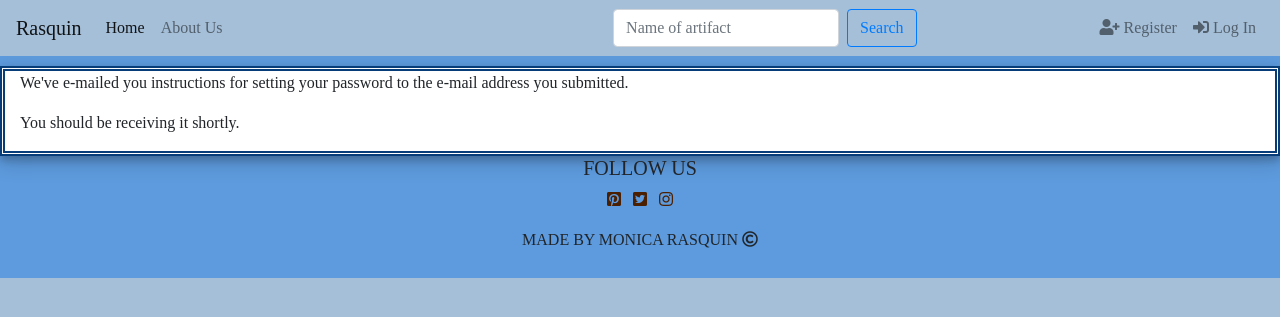
Repository: Rasquin/auction
Page: templates/registration/password_reset_done.html
The author's editor kept a record of every edit. The page is drawn from the files as they stood at one moment, then again after the next edit.
The browser window is 1280 px wide. The pictures show the whole page.
Some web fonts or font styles are not loaded; a fallback is used. The template is drawn by Django 2.2. The application's start-up code is not run. Other server files are loaded and not shown. The template is opened directly, without the code that normally fills it, so the values that code supplies are empty.

Above is the page before.

### templates/registration/password_reset_done.html
{% extends "base.html" %}

{% block title %}Password reset successful{% endblock %}

{% block content %}
<div class="container-fluid panel-body">
<p>We've e-mailed you instructions for setting your password to the e-mail address you submitted.</p>
<p>You should be receiving it shortly.</p>
{% endblock %}

### templates/base.html
<!DOCTYPE html>

{% load staticfiles %}


<html lang="en">

<head>
    <meta charset="UTF-8">
    <meta name="viewport" content="width=device-width, initial-scale=1.0">
    <meta http-equiv="X-UA-Compatible" content="ie=edge">

    <!-- favicon icon-->
	<link rel="shortcut icon" href="{% static 'icon/lizzy.ico' %}" />

    <!-- Bootstrap compiled and minified CSS -->
    <link rel="stylesheet" href="https://stackpath.bootstrapcdn.com/bootstrap/4.3.1/css/bootstrap.min.css" integrity="sha384-ggOyR0iXCbMQv3Xipma34MD+dH/1fQ784/j6cY/iJTQUOhcWr7x9JvoRxT2MZw1T" crossorigin="anonymous">

    <!-- Font Awesome compiled and minified CSS -->
    <link rel="stylesheet" href="{% static 'font-awesome/css/all.css' %}">

    <!-- Google Fonts-->
    <link href="https://fonts.googleapis.com/css?family=Germania+One&display=swap" rel="stylesheet">

    <!-- Own CSS -->
    <link rel="stylesheet" href="{% static 'css/mystyle.css' %}" type="text/css" />


    <!-- Own Scripts -->
    <script type="text/javascript" src="{% static 'js/myscript.js' %}"></script>

    <title>{% block page_title %}{% endblock %}</title>

</head>


<body>
    <!-- NavBar area -->
    <nav class="navbar navbar-expand-lg navbar-light bg-light">
        <!-- NavBar Brand-->
        <a class="navbar-brand" href="#">Rasquin</a>
        <button class="navbar-toggler" type="button" data-toggle="collapse" data-target="#navbarSupportedContent" aria-controls="navbarSupportedContent" aria-expanded="false" aria-label="Toggle navigation">
            <span class="navbar-toggler-icon"></span>
        </button>

        <div class="collapse navbar-collapse" id="navbarSupportedContent">
            <!-- NavBar Home & ABout-->
            <ul class="navbar-nav mr-auto">
                <li class="nav-item active">
                    <a class="nav-link" href="{% url 'index' %}">Home <span class="sr-only">(current)</span></a>
                </li>
                <li class="nav-item">
                    <a class="nav-link" href="{% url 'about' %}">About Us</a>
                </li>

            </ul>
            <!-- NavBar Search -->
            <form action="{% url 'search_by_name' %}" method="get" class="form-inline my-2 my-lg-0 margin-search-form">
                {% csrf_token %}
                <input class="form-control mr-sm-2" id="artifact_name" name="artifact_name" required placeholder="Name of artifact" aria-label="Search">
                <button class="btn btn-outline-primary my-2 my-sm-0" type="search">Search</button>
            </form>
            <!-- NavBar User status-->
            <ul class="navbar-nav navbar-right">
                    {% if user.is_authenticated %}
                        <li class="nav-item">
                            <a class="nav-link" href="{% url 'profile' %}"><i class="fa fa-user"></i> Profile</a>
                        </li>
                        <li class="nav-item">
                            <a class="nav-link" href="{% url 'logout' %}"><i class="fa fa-sign-out-alt"></i> Log Out</a>
                        </li>
                        <li class="nav-item">
                            <a class="nav-link" href="{% url 'view_my_biddings' %}"><i class="fas fa-gavel"></i>My Biddings </a>
                        </li>
                    {%  else %}
                        <li class="nav-item">
                            <a class="nav-link" href="{% url 'register' %}"><i class="fa fa-user-plus"></i> Register</a>
                        </li>
                        <li class="nav-item">
                            <a class="nav-link" href="{% url 'login' %}"><i class="fa fa-sign-in-alt"></i> Log In</a>
                        </li>
                    {% endif %}
                </ul>
        </div>
    </nav>

    <!-- Filter area -->
    {% block filter %}{% endblock %}

    <!-- Messages area -->
    {% if messages %}
    <div class="alert alert-success">
            <div class="messages">
                {% for message in messages %}
                    {{ message }}
                {% endfor %}
            </div>
        </div>
    {% endif %}

    <!-- Content area -->
    <div class="container-general">

        <!-- Block content area -->
        {% block content %} {% endblock %}

    </div>

    <!-- Footer area -->
    <footer class="container-fluid">


        <!-- SOCIAL MEDIA-->
        <div class="row ">
            <div class="col-12 text-center">
                <h5 class="text-uppercase">Follow Us</h5>
                <ul class="list-inline social-links">
                    <li class="list-inline-item"><a href="#"><i class="fab fa-pinterest-square"  aria-hidden="true"></i></a></li>
                    <li class="list-inline-item"><a href="#"><i class="fab fa-twitter-square" aria-hidden="true"></i></a></li>
                    <li class="list-inline-item"><a href="#"><i class="fab fa-instagram" aria-hidden="true"></i></a></li>
                </ul>
            </div>
        </div>

        <!--COPYRIGHT-->
        <div class="row ">
            <div class="col-12">

                <p class="text-center text-uppercase">Made by Monica Rasquin <i class="far fa-copyright"></i> </p>
            </div>
        </div>
    </footer>


    <!-- Bootstrap compiled and minified JavaScript -->
    <script src="https://code.jquery.com/jquery-3.3.1.slim.min.js" integrity="sha384-q8i/X+965DzO0rT7abK41JStQIAqVgRVzpbzo5smXKp4YfRvH+8abtTE1Pi6jizo" crossorigin="anonymous"></script>
    <script src="https://cdnjs.cloudflare.com/ajax/libs/popper.js/1.14.7/umd/popper.min.js" integrity="sha384-UO2eT0CpHqdSJQ6hJty5KVphtPhzWj9WO1clHTMGa3JDZwrnQq4sF86dIHNDz0W1" crossorigin="anonymous"></script>
    <script src="https://stackpath.bootstrapcdn.com/bootstrap/4.3.1/js/bootstrap.min.js" integrity="sha384-JjSmVgyd0p3pXB1rRibZUAYoIIy6OrQ6VrjIEaFf/nJGzIxFDsf4x0xIM+B07jRM" crossorigin="anonymous"></script>
    {% block head_js %} {% endblock %}

</body>
</html>

### static/js/myscript.js
//--------------------------------------Slider for Prices filter
function getPriceVals() {
    // Get slider price values
    var parent = this.parentNode;
    var slides = parent.getElementsByTagName("input");
    var slide1 = parseFloat(slides[0].value);
    var slide2 = parseFloat(slides[1].value);
    // Neither slider will clip the other, so make sure we determine which is larger
    if (slide1 > slide2) { var tmp = slide2;
        slide2 = slide1;
        slide1 = tmp; }

    var displayElement = parent.getElementsByClassName("rangePriceValues")[0];
    displayElement.innerHTML = "€ " + slide1 + " - €" + slide2;
}

//--------------------------------------Slider for Year filter
function getYearVals() {
    // Get Year slider values
    var parent = this.parentNode;
    var slides = parent.getElementsByTagName("input");
    var slide1 = parseFloat(slides[0].value);
    var slide2 = parseFloat(slides[1].value);
    // Neither slider will clip the other, so make sure we determine which is larger
    if (slide1 > slide2) { var tmp = slide2;
        slide2 = slide1;
        slide1 = tmp; }

    var displayElement = parent.getElementsByClassName("rangeYearValues")[0];
    displayElement.innerHTML = "From " + slide1 + " To " + slide2;
}

//----------------------------------------------- Initialize Sliders
window.onload = function() {
    // For Price
    var sliderSectionsPrice = document.getElementsByClassName("range-slider-price");
    for (var x = 0; x < sliderSectionsPrice.length; x++) {
        var slidersPrice = sliderSectionsPrice[x].getElementsByTagName("input");
        for (var y = 0; y < slidersPrice.length; y++) {
            if (slidersPrice[y].type === "range") {
                slidersPrice[y].oninput = getPriceVals;
                // Manually trigger event first time to display values
                slidersPrice[y].oninput();
            }
        }
    }
    // For Year
    var sliderSectionsYear = document.getElementsByClassName("range-slider-year");
    for (var x = 0; x < sliderSectionsYear.length; x++) {
        var slidersYear = sliderSectionsYear[x].getElementsByTagName("input");
        for (var y = 0; y < slidersYear.length; y++) {
            if (slidersYear[y].type === "range") {
                slidersYear[y].oninput = getYearVals;
                // Manually trigger event first time to display values
                slidersYear[y].oninput();
            }
        }
    }
}

Loaded but not shown: static/font-awesome/css/all.css (library); static/css/mystyle.css (common file)

After the next edit:
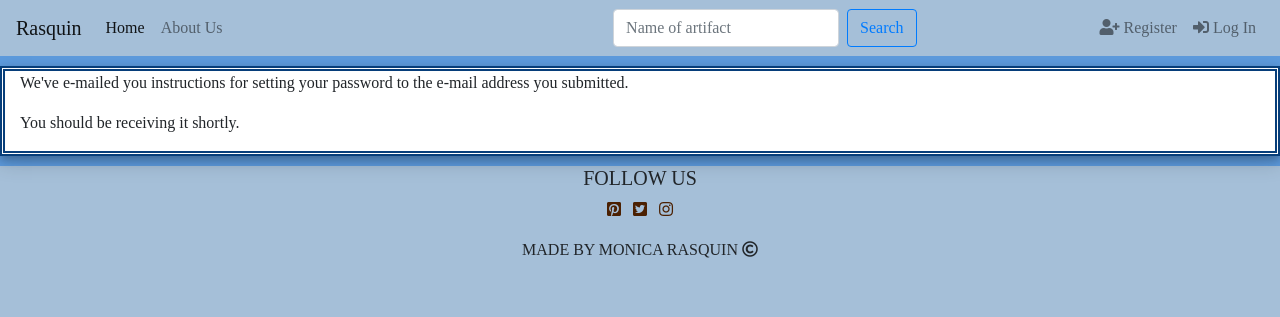
The edit:
--- a/templates/registration/password_reset_done.html
+++ b/templates/registration/password_reset_done.html
@@ -4,6 +4,7 @@
 
 {% block content %}
 <div class="container-fluid panel-body">
-<p>We've e-mailed you instructions for setting your password to the e-mail address you submitted.</p>
-<p>You should be receiving it shortly.</p>
+    <p>We've e-mailed you instructions for setting your password to the e-mail address you submitted.</p>
+    <p>You should be receiving it shortly.</p>
+</div>
 {% endblock %}
